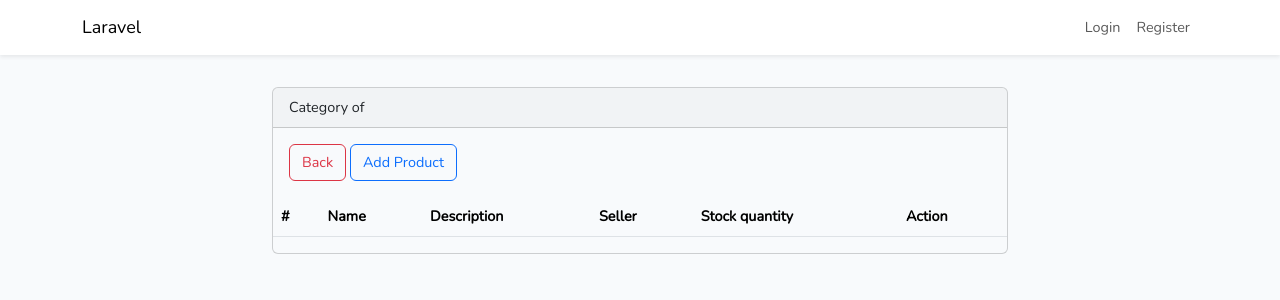
Repository: Zhar-dy/OnlineMarketplaceSystem-app
Page: resources/views/modal/category/show.blade.php
The author's editor kept a copy of each file at every save. The page is drawn from the files as they stood at one save, then again after a run of saves.
The browser window is 1280 px wide. The pictures show the whole page.
The page is served by the project's Laravel application, run on PHP 8.4 with Laravel 10. Style sheets and scripts are compiled from the project's sources, by tool versions that may differ from the author's. The template is opened directly, without the code that normally fills it, so the values that code supplies are empty.

Above is the page before, as saved 2024-09-26 13:43:07.

After the next 2 saves:
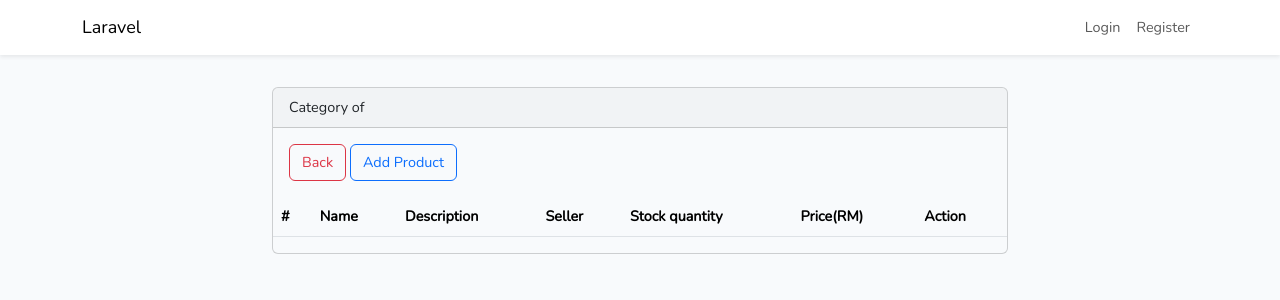
The 2 saves are shown as one change because they came seconds apart.
The last was saved 8 s later.
--- a/resources/views/modal/category/show.blade.php
+++ b/resources/views/modal/category/show.blade.php
@@ -19,6 +19,7 @@
                                 <th scope="col">Description</th>
                                 <th scope="col">Seller</th>
                                 <th scope="col">Stock quantity</th>
+                                <th scope="col">Price(RM)</th>
                                 <th scope="col">Action</th>
                             </tr>
                         </thead>
